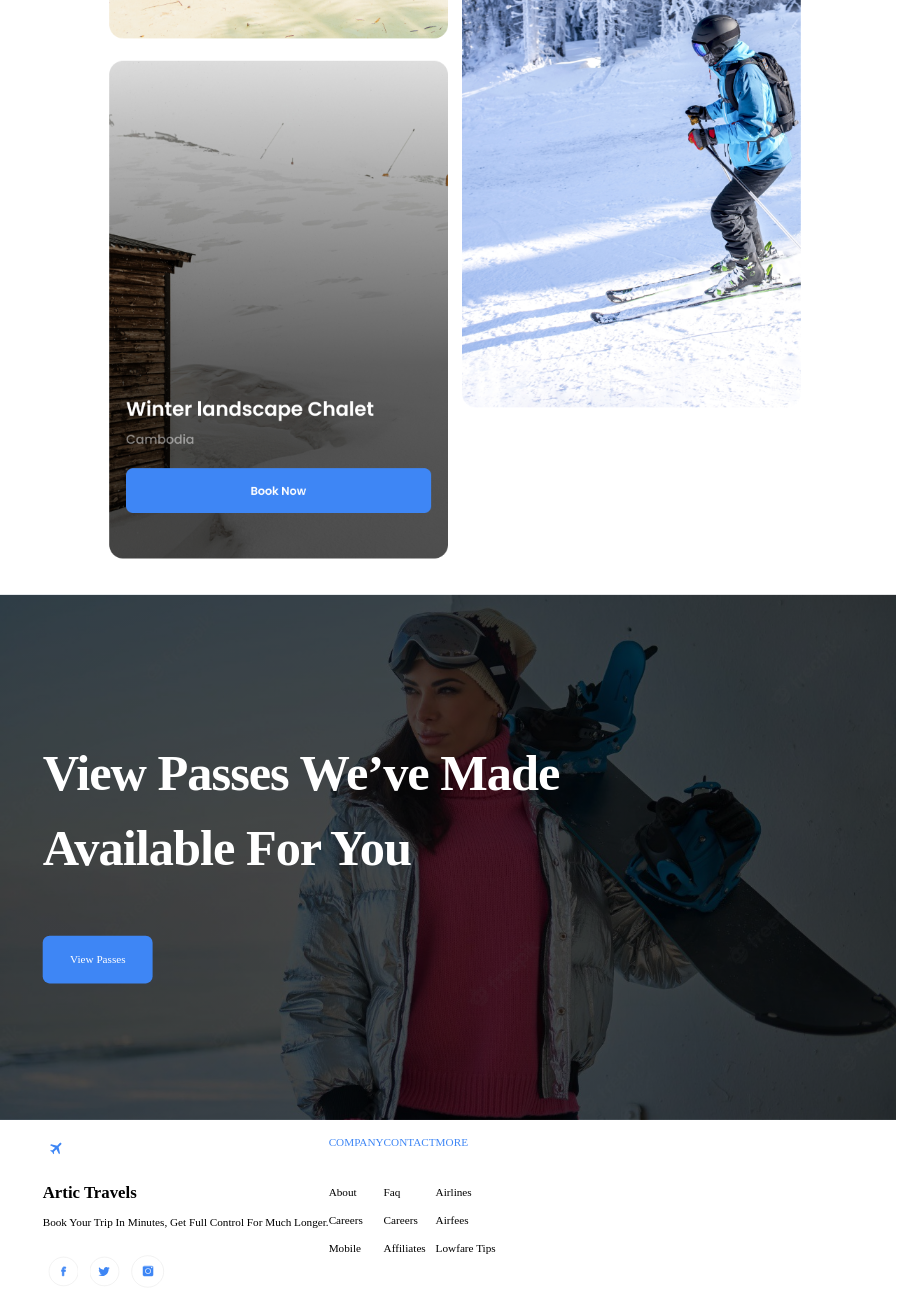
Repository: swissjake/arctic-travel-agency
Page: /
The author's editor kept a copy of each file at every save. The page is drawn from the files as they stood at one save, then again after the next save.
The browser window is 1280 px wide. The page is 1300 px wide, so the pictures cover 1300 px, including what lies to the right of the window. The pictures show the part of the page from y = 3677 to 5557 px (the page is 5557 px tall), at 70% of full size.
The project was rebuilt for these pictures with package versions that can differ from the ones it lists, and the page was loaded fresh each time. Also part of the build but not shown: src/App.css.

Above is the page before, as saved 2022-05-04 13:00:47.

### public/index.html
<!DOCTYPE html>
<html lang="en">
  <head>
    <meta charset="utf-8" />
    <link rel="icon" href="%PUBLIC_URL%/favicon.ico" />
    <meta name="viewport" content="width=device-width, initial-scale=1" />
    <meta name="theme-color" content="#000000" />
    <meta
      name="description"
      content="Web site created using create-react-app"
    />

    <title>Arctic Travel Agency</title>
  </head>
  <body>
    <noscript>You need to enable JavaScript to run this app.</noscript>
    <div id="root"></div>
    <!--
      This HTML file is a template.
      If you open it directly in the browser, you will see an empty page.

      You can add webfonts, meta tags, or analytics to this file.
      The build step will place the bundled scripts into the <body> tag.

      To begin the development, run `npm start` or `yarn start`.
      To create a production bundle, use `npm run build` or `yarn build`.
    -->
  </body>
</html>

### src/index.css
@tailwind base;
@tailwind components;
@tailwind utilities;

@import url('https://fonts.googleapis.com/css2?family=Poppins:wght@300;400;500;700&display=swap');


body{
    font-family: 'poppins';
}

@layer components {
    .container {
        @apply max-w-[1440px] mx-auto
    }
    .btn{
        @apply mt-[68px] bg-[#3E86F5] py-[22px] px-[39px] rounded-[10px] text-[16px] text-white
    }
    .booktrip{
        @apply font-medium text-[18px]
    }

}

.bookshadow{
    box-shadow: 0px 134px 193px rgba(183, 183, 183, 0.07), 0px 16.7789px 24.1666px rgba(183, 183, 183, 0.035);
}
/* .container {
    max-width: 1440px;
    margin: 0 auto;
} */

### src/pages/LandingPage.tsx
import Footer from "../components/Footer/Footer"
import Hero from "../components/Hero/Hero"
import HeroIcons from "../components/HeroIcons/HeroIcons"
import IceCold from "../components/IceCold/IceCold"
import Nav from "../components/Nav/Nav"
import Passes from "../components/Passes/Passes"
import Region from "../components/Region/Region"
import Resort from "../components/Resort/Resort"
import heroImage from '../assets/heroImage.jpeg'


const LandingPage = () => {
  return (
    <>
  <div>
  <div className="h-[780px]  w-full bg-no-repeat bg-center bg-cover" style={{backgroundImage:`linear-gradient(180deg, rgba(0, 0, 0, 0.65) 0%, rgba(0, 0, 0, 0.580838) 32.24%, rgba(0, 0, 0, 0.486293) 62.09%, rgba(0, 0, 0, 0) 98.06%), url(${heroImage})`}}>
     <Nav />
     <Hero />

  </div>

    <HeroIcons />
    <IceCold />
  </div>
  <Region />
  <Resort/>
  <Passes />

     {/*  style={{backgroundImage:`linear-gradient(180deg, rgba(0, 0, 0, 0.65) 0%, rgba(0, 0, 0, 0.580838) 32.24%, rgba(0, 0, 0, 0.486293) 62.09%, rgba(0, 0, 0, 0) 98.06%), url(${heroImage})`}} */}

     <Footer/>
    </>
  )
}

export default LandingPage

### src/components/Footer/Footer.tsx
import React from 'react'
import aeroplane from "../../assets/aeroplane.svg"
import facebook from "../../assets/facebook.svg"
import instagram from "../../assets/instagram.svg"
import twitter from "../../assets/twitter.svg"


const social=[facebook,twitter,instagram]
const company=["about","careers","mobile"]
const contact=["faq","careers","affiliates"]
const more=["airlines","airfees","lowfare tips"]





const Footer = () => {
  return (
      <footer className=''>
         <div className="container p-[20px] md:pl-[61px] md:pr-[57px]">
            <div className="md:flex">

<div className="mb-5 flex-2">
  <img src={aeroplane} className="mb-[27px]" alt="aeroplane" />
  <p className="capitalize text-2xl font-bold">artic travels</p>
  <p className="capitalize mt-[16px] mb-[34px]">Book your trip in minutes, get full
control for much longer.</p>
<div className="flex mt-5">

  {social.map((item,index)=> (<img src={item} className="mx-2 " alt="icons" />))}
</div>
</div>

<div className='mb-5'>
  <h2 className="text-[#3E86F5] mb-[40px] uppercase">company</h2>
  <ul>
    {company.map((item,index)=>(
      <li className="capitalize leading-10">{item}</li>
    ))}
  </ul>
</div>

<div className='mb-5'>
  <h2 className="text-[#3E86F5] mb-[40px] uppercase">contact</h2>
  <ul>
    {contact.map((item,index)=>(
      <li className="capitalize leading-10">{item}</li>
    ))}
  </ul>
</div>

<div className='mb-5'>
  <h2 className="text-[#3E86F5] mb-[40px] uppercase">more</h2>
  <ul>
    {more.map((item,index)=>(
      <li className="capitalize leading-10">{item}</li>
    ))}
  </ul>
</div>


              </div>
         </div>
      </footer>

  )
}

export default Footer

### src/components/Hero/Hero.tsx

const Hero = () => {
  return (
    <section >
         <div className="container md:pl-[61px] p-[20px] md:pr-[57px]">
           {/* <img src={heroImage} alt="" /> */}
           <div className="pt-[160px] text-center md:text-left md:pt-[200px] text-white ">
           <h1 className="md:w-[46.6rem] md:whitespace-nowrap text-[32px] md:text-[56px] capitalize font-bold tracking-{-0.03em}">Plan the perfect winter trip</h1>
           <p className="md:w-[33rem] text-[14px] md:text-[22px] font-normal tracking-[-0.01em] mt-[20px]">Easily plan your ideal ski trip from home with the help of professionals</p>
           <button className="btn">Book Now</button>
           </div>
        </div>
    </section>

  )
}

export default Hero

//background: linear-gradient(180deg, rgba(0, 0, 0, 0.65) 0%, rgba(0, 0, 0, 0.580838) 32.24%, rgba(0, 0, 0, 0.486293) 62.09%, rgba(0, 0, 0, 0) 98.06%);

### src/components/HeroIcons/HeroIcons.tsx
import React from 'react'
import nike from '../../assets/nike.svg'
import applepay from '../../assets/applepay.svg'
import silverstar from '../../assets/silverstar.svg'
import intra from '../../assets/intra.svg'
import mastercard from '../../assets/mastercard.svg'
import BookTrip from '../BookTrip/BookTrip'



const HeroIcons = () => {

  return (
    <section className='bg-[#F8F9FC]'>
         <BookTrip />
        <div className='container md:h-[243px]'>
            <div className='flex flex-wrap md:flex-nowrap items-center justify-center px-3 pb-[45px]  md:px-[222px] pt-[200px] md:pt-[149px] space-y-6 md:space-y-0'>
                    <div className='md:mr-[120px] mr-[40px]'>
                        <img className='w-[96px] h-[50px]' src={nike} alt="nike" />
                    </div>
                    <div className='md:mr-[126px] mr-[40px]'>
                        <img className='w-[96px] h-[56px]' src={applepay} alt="applepay" />
                    </div>
                    <div className='md:mr-[128px] mr-[40px]'>
                        <img className='w-[126px] h-[57px]' src={silverstar} alt="silver" />
                    </div>
                    <div className='md:mr-[130px] mr-[40px]'>
                        <img className='w-[108px] h-[46px]' src={intra} alt="intra" />
                    </div>
                    <div className=''>
                        <img className='w-[64px] h-[64px]' src={mastercard} alt="mastercard" />
                    </div>
            </div>

        </div>
    </section>
    )
}

export default HeroIcons

### src/components/IceCold/IceCold.tsx
import React from 'react'
import map from '../../assets/map.svg'
import arrow from '../../assets/Arrow.svg'

const IceCold = () => {
  return (
      <section className='bg-[#F8F9FC]'>
         <div className='container h-[693px] p-[20px] pt-[179px] md:pl-[40px]'>
             <div className='h-[492px] relative  bg-[rgba(62, 134, 245, .2)]' style={{backgroundImage:`url(${map})`}}>
                <h1 className='w-full md:w-[791px] leading-[54px] tracking-[-0.02em] text-[black] font-semibold left-[50%] translate-x-[-50%] absolute top-[-60px] h-[108px] text-[30px] md:text-[40px] text-center'>Creating the best <span className='text-[#3E86F5]'>ice-cold!</span> experience you would never forget.</h1>

                 <p className='w-full md:w-[697px] md:h-[72px] absolute left-[50%] translate-x-[-50%] text-[rgba(0, 0, 0, 0.5)] text-[18px] md:text-[24px] mt-[120px] md:mt-[60px] text-center leading-[36px] font-normal'>Would you explore nature paradise in the world, find the best destination in the world with us.</p>
                <div className=''>
                    <h1 className='w-full md:w-[454px] md:h-[50px] md:whitespace-nowrap absolute mb-[75px] md:mb-[150px] bottom-0 left-[50%] translate-x-[-50%] font-semibold text-[#000000] text-[40px] text-center leading-[60px] tracking-[-0.02em]'>View Regions available</h1>
                    <img className='absolute bottom-0 left-[50%] translate-x-[-50%] mb-[36px] md:mb-[73px]' src={arrow} alt="/" />
                </div>
             </div>

        </div>
      </section>

  )
}

export default IceCold

### src/components/Nav/Nav.tsx
import React, {useState} from 'react'
import aeroplane from "../../assets/aeroplane.svg";
import {AiOutlineClose, AiOutlineMenu} from 'react-icons/ai'

const Nav = () => {
  const [close, setClose]=useState(true)


  const navitems:string[] = ["About us", "Support", "Language"];
  return (
    <section className=''>
<div className='container  top-0 flex md:pl-[61px] justify-between p-[20px] md:pr-[57px]'>
  <div className="flex items-center">
  <img src={aeroplane} className="mr-[10px]" alt="aeroplane" />
  <h2 className='capitalize font-bold text-white mr-[56px]'>artic travels</h2>
 <ul className="inline hidden md:block">
   {navitems.map((item:string, index) => <li key={index} className="inline capitalize text-white mr-[40px]"><button>{item}</button></li>)}
 </ul>
  </div>

  <button className='hidden md:block text-[#3E86F5] h-[48px] rounded-[10px] w-[151px] bg-white'>
  Sign in
</button>
<button className='md:hidden block' onClick={()=>setClose(!close)}>
<AiOutlineMenu size={20} className='text-white'/>
</button>
</div>
<div style={{width:close?"0%":"100%",transition:"all .5s"}} className="fixed md:hidden block overflow-hidden  flex h-[100%] top-0 bg-black z-50">
<ul className="inline m-auto">
   {navitems.map((item:string) => <li className="leading-10 text-white"><button onClick={()=>setClose(true)} className="capitalize">{item}</button></li>)}
 </ul>
 <button className='hidden text-[#3E86F5] h-[48px] rounded-[10px] w-[151px] bg-white'>
  Sign in
</button>


<button onClick={()=>setClose(!close)} className="absolute top-[5%] right-[5%] border-white border-[4px] font-bold p-1 rounded-full"><AiOutlineClose size={20} className='fill-white'/></button>

</div>

    </section>
  )
}

export default Nav

// npm install @mui/icons-material

### src/components/Passes/Passes.tsx
import React from 'react'
import passes from '../../assets/passesimg.jpg'

const Passes = () => {
  return (
      <section className='bg-center bg-cover bg-no-repeat' style={{backgroundImage: `linear-gradient(0deg, rgba(0, 0, 0, 0.7), rgba(0, 0, 0, 0.7)),url(${passes})`, backgroundPosition:"center 25%"}}>
            <div className='container h-[500px] md:h-[750px] md:pl-[61px]  md:pr-[57px]  text-white' >
                <div className=' text-center md:text-left'>
                <h1 className='md:w-[1017px] pt-[120px] md:pt-[200px] font-semibold text-[36px] md:text-[72px] leading-[54px] md:leading-[108px] tracking-[-0.02em]'>View Passes We’ve Made Available For You</h1>
                <button className='btn mt-[40px] md:mt-[71px]'>View Passes</button>
                </div>
            </div>
      </section>

  )
}

export default Passes

### src/components/Region/Region.tsx
import React from 'react'
import region1 from '../../assets/region1.png'
import region2 from '../../assets/region2.png'
import region3 from '../../assets/region3.png'


const Region = () => {
  return (
      <section>
             <div className=''>
                 <div className='flex '>
             <div className='flex-1'>
             <img className="w-full" src={region1} alt="/"/>
             </div>

               <div className="flex-1">
               <img className="w-full" src={region2} alt="/" />

               </div>

             <div className="flex-1">
                <img className='w-full'  src={region3} alt="/" />
            </div>



            </div>
            </div>
      </section>

  )
}

export default Region

### src/components/Resort/Resort.tsx
import React from 'react'
import picture1 from "../../assets/picture1.png"
import picture2 from "../../assets/picture2.png"
import picture3 from "../../assets/picture3.png"
import picture4 from "../../assets/picture4.png"
const Resort = () => {
  return (
 <section>
   <div className="container p-[20px] pt-[179px] md:pl-[40px]">
<div className="md:flex gap-5 justify-between">

  <div className="flex-1">
  <p className="text-[3rem] md:w-[80%] w-full mb-[4.5rem] font-[600] tracking-[-0.02em]">The best resorts to chill and relax</p>
  <div className="w-full flex justify-end flex-wrap">
  <img src={picture1} className="mb-[32px]" alt="" />
<img src={picture2} className="mb-[32px]" alt="" />
  </div>

  </div>

<div className="flex-1">
<img src={picture3} className="mb-5 mb-[32px]" alt="" />
<img src={picture4} alt="" />
</div>

  </div>
   </div>
 </section>
  )
}

export default Resort

### src/components/BookTrip/BookTrip.tsx
import React from 'react'
import location from '../../assets/location.svg'
import aero from '../../assets/aero.svg'
import user from '../../assets/user.svg'
import dropdown from '../../assets/dropdown.svg'
import checkin from '../../assets/checkin.svg'

const BookTrip = () => {
  return (
      <section>
            <div className='container p-2 md:p-0 md:relative'>

                <div className='bookshadow md:w-[1320px] md:absolute bg-white rounded-[16px] md:z-40 md:h-[140px] md:mt-[-75px] md:left-[50%] md:translate-x-[-50%] md:space-x-[120px] md:flex-row flex flex-col p-7  items-center justify-center'>
                    <div className='mb-4 md:mb-0'>
                        <div className='flex'>
                            <img className="mr-[20px]" src={location} alt="/" />
                            <p className='font-medium text-[#929191] text-[16px] tracking-[0.08em] leading-[24px] uppercase'>location</p>
                        </div>
                        <div className='flex'>
                            <p className="booktrip">Iceland</p>
                            <img className="ml-[8px]" src={dropdown} alt="/" />
                        </div>
                    </div>

                    <div className='mb-4 md:mb-0'>
                        <div className='flex'>
                            <img className="mr-[20px]" src={user} alt="/" />
                         <p className='font-medium text-[#929191] text-[16px] tracking-[0.08em] leading-[24px] uppercase'>Persons</p>
                    </div>
                    <div className='flex'>
                        <p className="booktrip">4 Persons</p>
                        <img className="ml-[8px]" src={dropdown} alt="/" />
                    </div>
                </div>

                <div className='mb-4 md:mb-0'>
                    <div className='flex'>
                        <img className="mr-[20px]" src={checkin} alt="/" />
                         <p className='font-medium text-[#929191] text-[16px] tracking-[0.08em] leading-[24px] uppercase'>check in</p>
                    </div>
                    <div className='flex'>
                        <p className="booktrip">12 January 2022</p>
                        <img className="ml-[8px]" src={dropdown} alt="/" />
                    </div>
                </div>

                <div className=''>
                    <div className='flex'>
                        <img className="mr-[20px]" src={checkin} alt="/" />
                         <p className='font-medium text-[#929191] text-[16px] tracking-[0.08em] leading-[24px] uppercase'>checkout</p>
                    </div>
                    <div className='flex'>
                        <p className="booktrip">18 January 2022</p>
                        <img className="ml-[8px]" src={dropdown} alt="/" />
                    </div>
                </div>
                <button className='btn flex md:my-[38px]'>Book Trip <img className='ml-[12px]' src={aero} alt="/" /> </button>
                </div>
            </div>
    </section>


  )
}

export default BookTrip

Loaded but not shown: src/index.tsx (common file); src/App.tsx (common file); tailwind.config.js (common file)

After the next save:
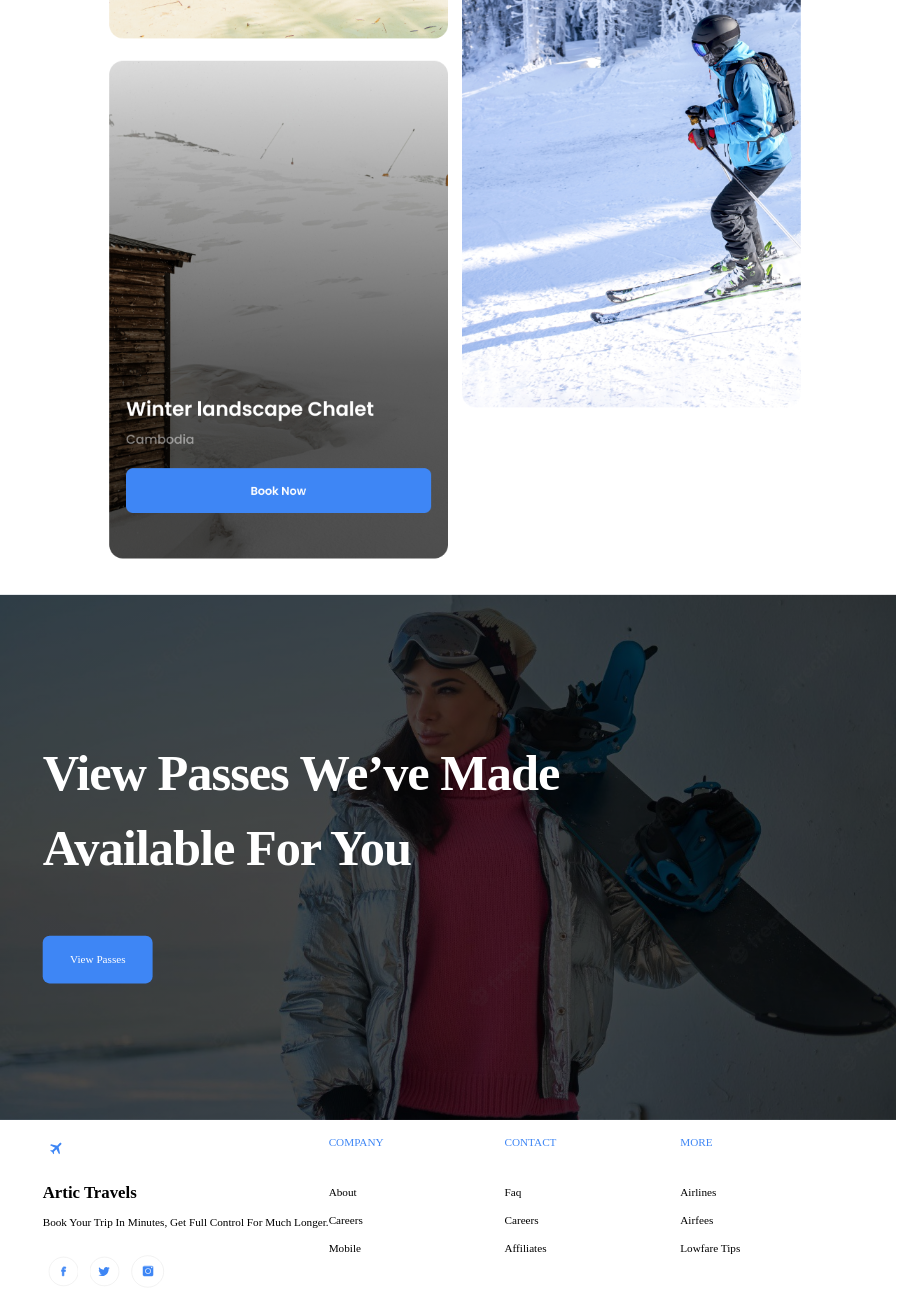
Saved 29 s later.
--- a/src/components/Footer/Footer.tsx
+++ b/src/components/Footer/Footer.tsx
@@ -31,7 +31,7 @@ control for much longer.</p>
 </div>
 </div>
 
-<div className='mb-5'>
+<div className='mb-5 flex-1'>
   <h2 className="text-[#3E86F5] mb-[40px] uppercase">company</h2>
   <ul>
     {company.map((item,index)=>(
@@ -40,7 +40,7 @@ control for much longer.</p>
   </ul>
 </div>
 
-<div className='mb-5'>
+<div className='mb-5 flex-1'>
   <h2 className="text-[#3E86F5] mb-[40px] uppercase">contact</h2>
   <ul>
     {contact.map((item,index)=>(
@@ -49,7 +49,7 @@ control for much longer.</p>
   </ul>
 </div>
 
-<div className='mb-5'>
+<div className='mb-5 flex-1'>
   <h2 className="text-[#3E86F5] mb-[40px] uppercase">more</h2>
   <ul>
     {more.map((item,index)=>(
